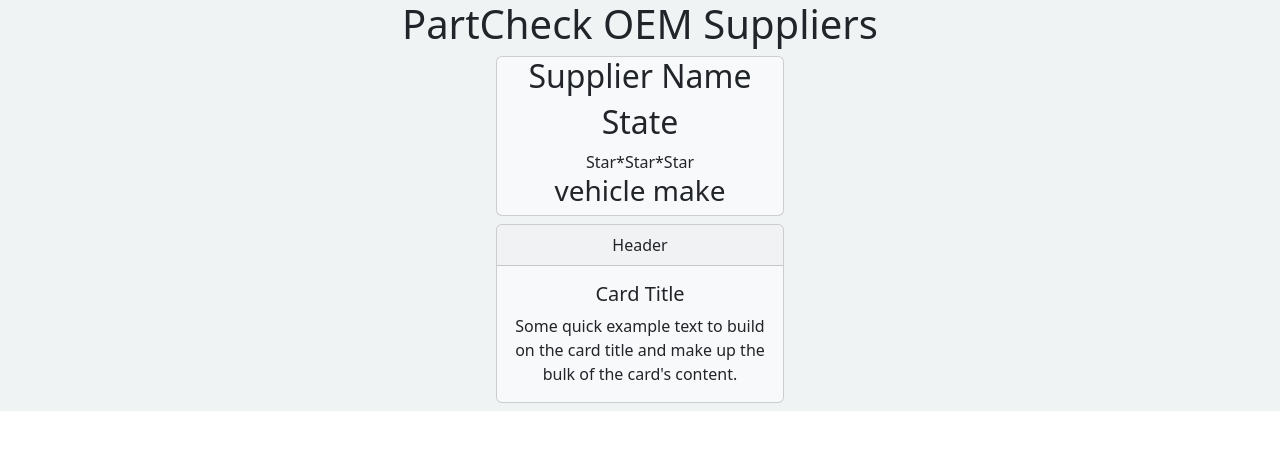
Repository: trungna4699/coding_challenge
Page: /
These files come from the project's save history. The page is drawn as it stood at one moment and after the next save; the edit follows.
The browser window is 1280 px wide. The pictures show the whole page.
The project was rebuilt for these pictures with package versions that can differ from the ones it lists, and the page was loaded fresh each time.

Above is the page before, as saved 2022-09-01 16:24:35.

After the next save:
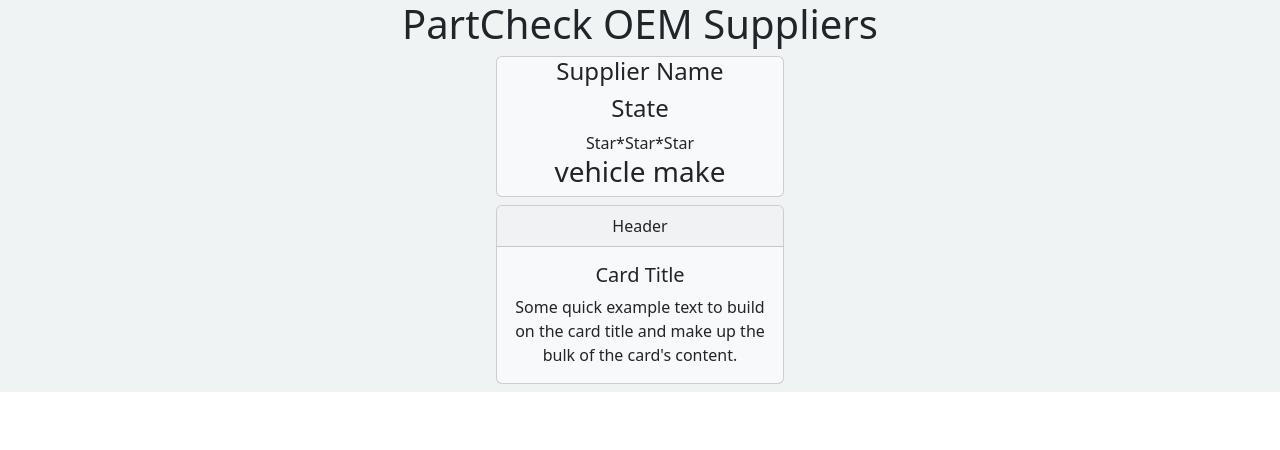
Saved 19 s later.
--- a/src/App.js
+++ b/src/App.js
@@ -19,8 +19,8 @@ function App() {
           className="mb-2"
         >
           <div classname="supplierItems">
-            <h2>Supplier Name</h2>
-            <h2>State</h2>
+            <h4>Supplier Name</h4>
+            <h4>State</h4>
             <div className="ratingStar">
               Star*Star*Star
             </div>
